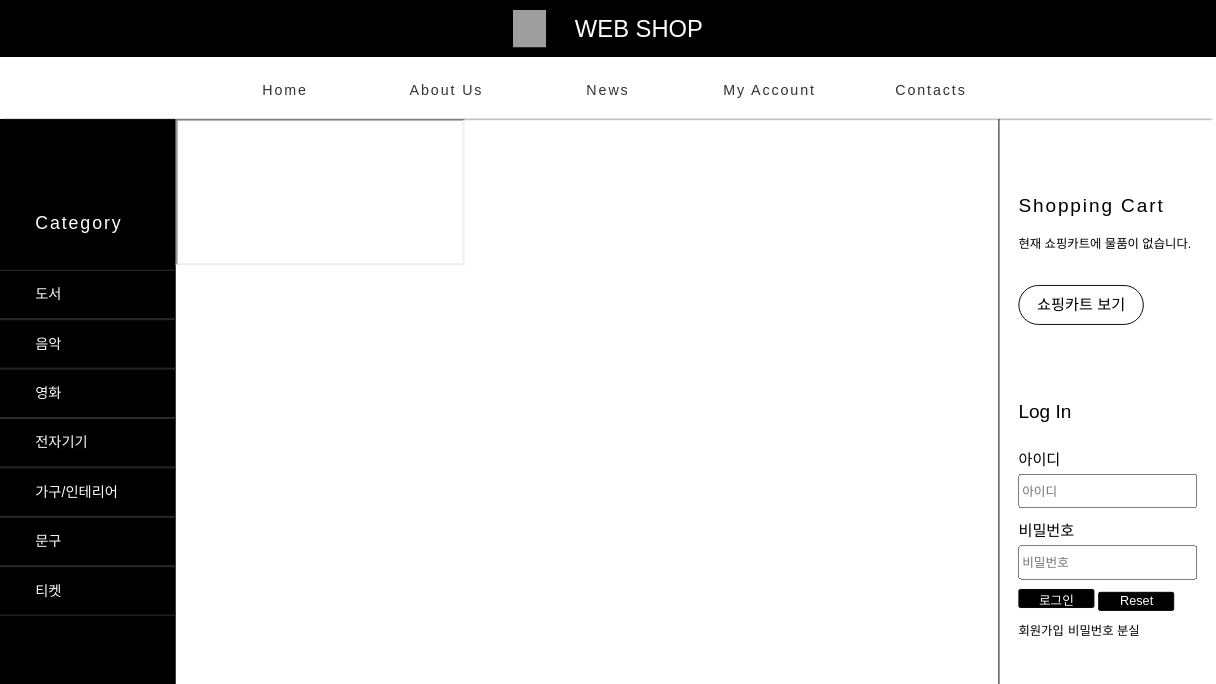
Repository: choidazzi/DDIT
Page: web programming/html/webpro/src/main/webapp/task/main.html
The author's editor kept a copy of each file at every save. The page is drawn from the files as they stood at one save, then again after the next save.
The browser window is 1280 px wide. The pictures show the whole page, at 95% of full size.
Pictures or frames that could not be fetched are drawn as grey boxes. Some web fonts or font styles are not loaded; a fallback is used.

Above is the page before, as saved 2023-05-02 11:10:48.

After the next save:
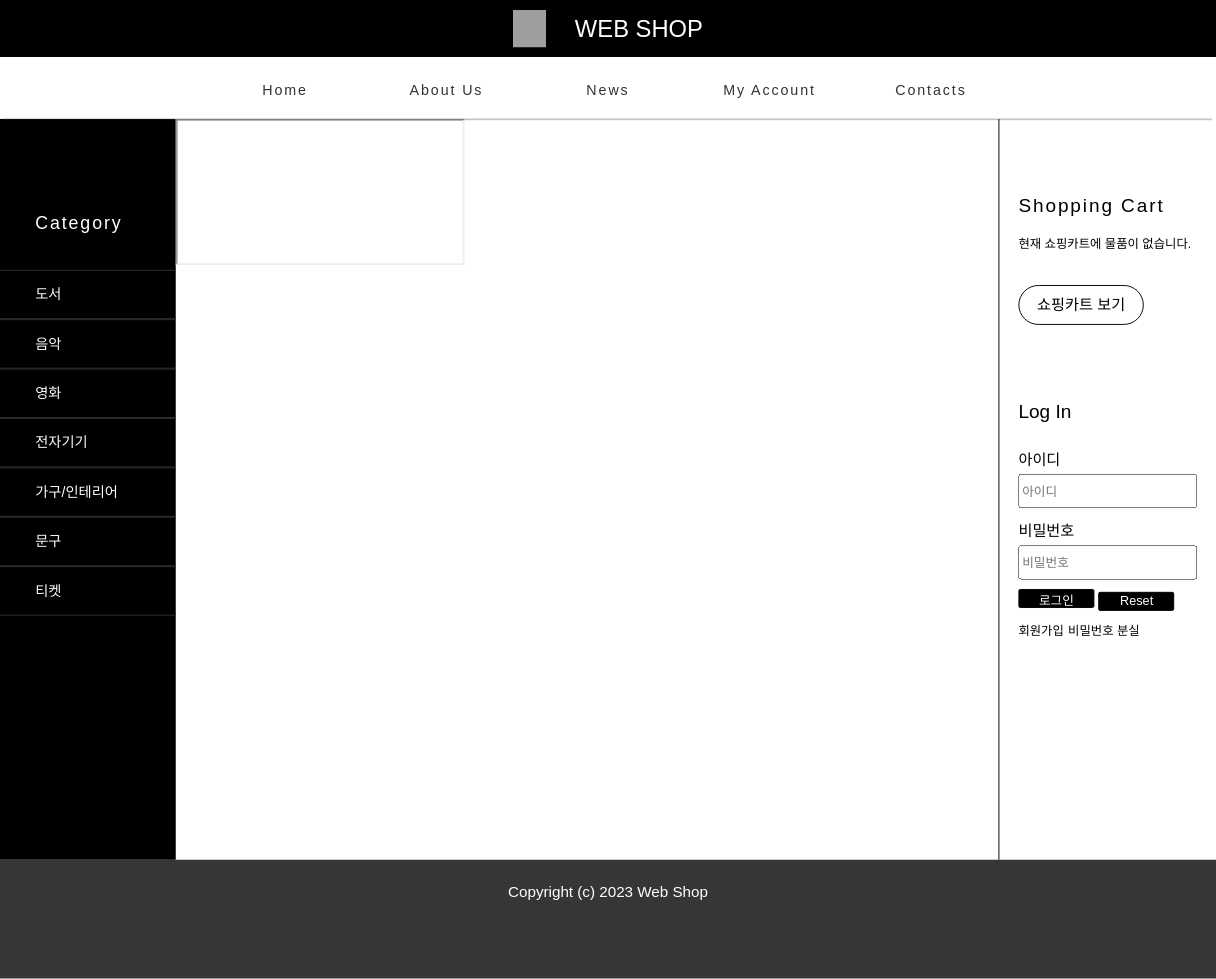
Saved 13 min 48 s later.
--- a/web programming/html/webpro/src/main/webapp/task/css/mystyle.css
+++ b/web programming/html/webpro/src/main/webapp/task/css/mystyle.css
@@ -3,9 +3,6 @@
 @import url('https://cdn.rawgit.com/innks/NanumSquareRound/master/nanumsquareround.min.css');
 
 html, body {
-	width: 100%;
-	height: 100%;
-	overflow: hidden;
 }
 
 body, ul, li, p, h4 {

After the save that followed:
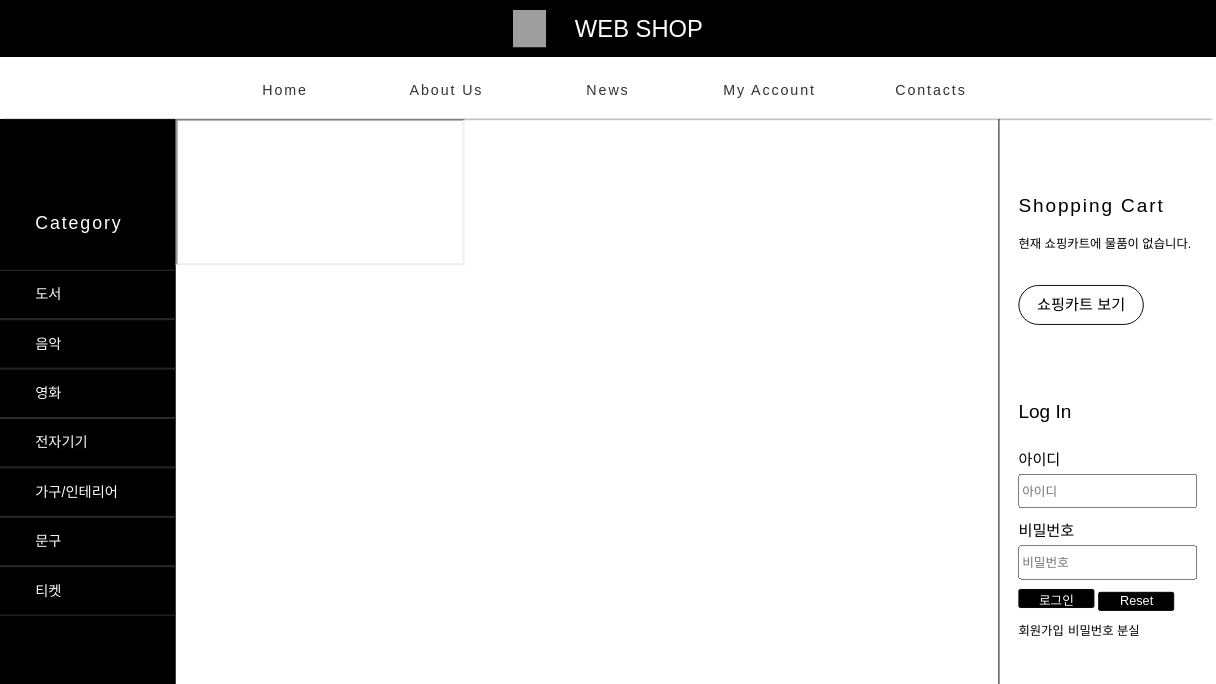
Saved 16 s later.
--- a/web programming/html/webpro/src/main/webapp/task/css/mystyle.css
+++ b/web programming/html/webpro/src/main/webapp/task/css/mystyle.css
@@ -3,6 +3,9 @@
 @import url('https://cdn.rawgit.com/innks/NanumSquareRound/master/nanumsquareround.min.css');
 
 html, body {
+	width: 100%;
+	height: 100%;
+	overflow: hidden;
 }
 
 body, ul, li, p, h4 {
